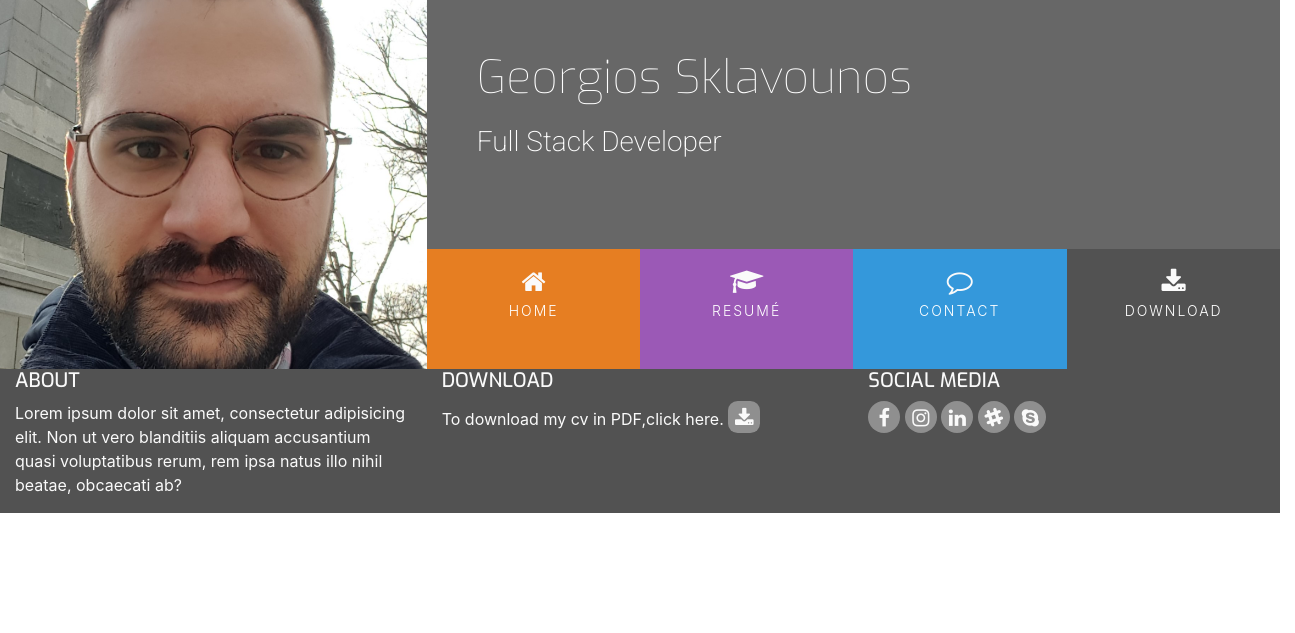
Repository: GeorgiosSklav/MyResume
Page: index.html
The author's editor kept a record of every edit. The page is drawn from the files as they stood at one moment, then again after the next edit.
The browser window is 1280 px wide. The page is 1280 px wide, then 1295 px, so the pictures cover 1295 px, including what lies to the right of the window. The pictures show the whole page.

Above is the page before.

After the next edit:
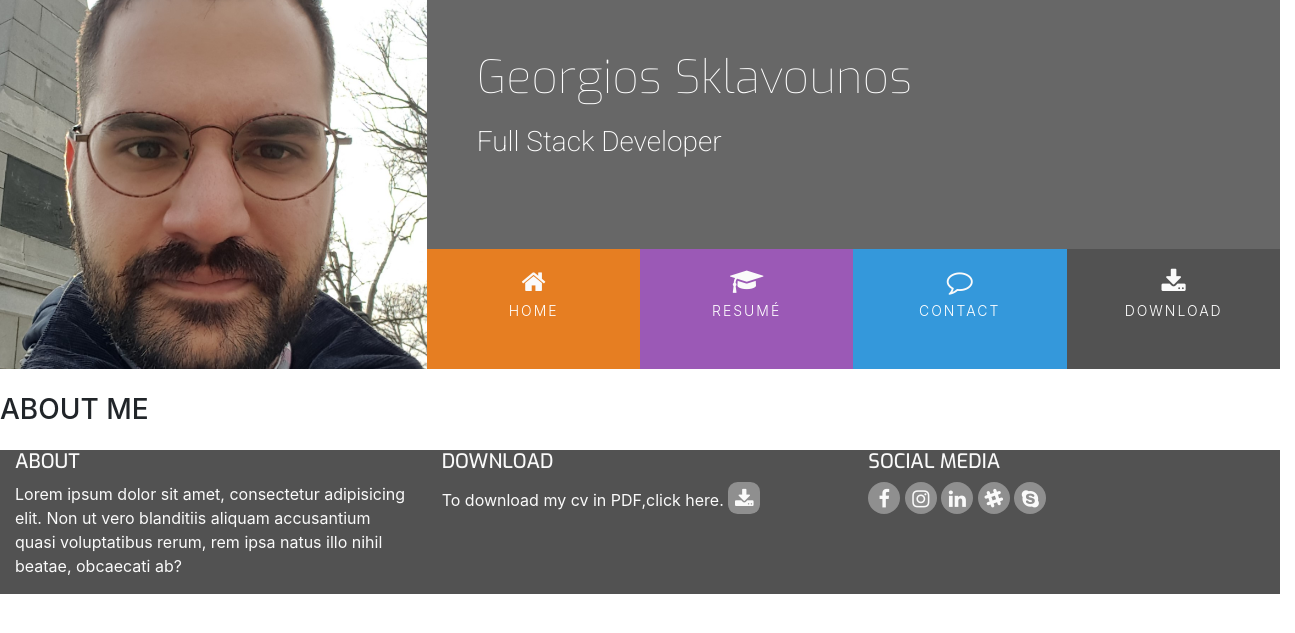
The edit:
--- a/index.html
+++ b/index.html
@@ -45,8 +45,16 @@
                 </div>
             </div>
     </header>
-    <setion>
-
+    <setion class="container-fluid">
+<div class="row row-table">
+    <div class="col-md-8 bg-color-three-reasons section-column">
+        <div class="row">
+            <div class="col">
+                <h3 class="section-heading uppercase">About Me</h3>
+            </div>
+        </div>
+    </div>
+</div>
     </setion>
     <footer class="container-fluid">
         <div class="row" id="footer-details">
